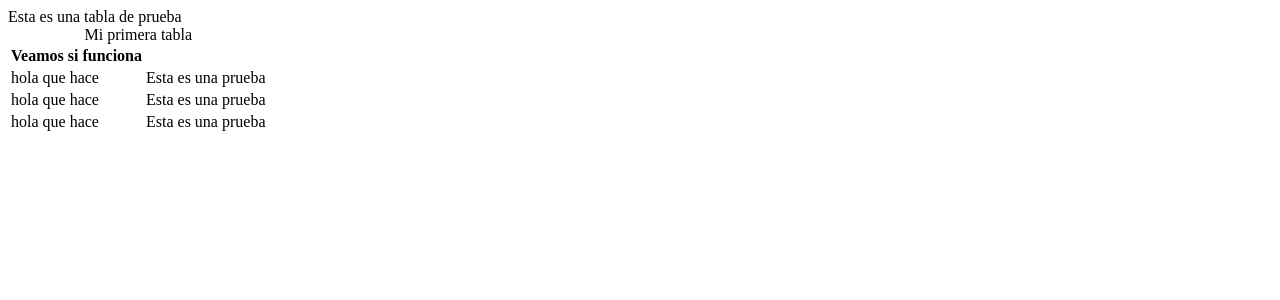
Repository: cesarsant0203/My_Study
Page: Introducción al desarrollo web/tablas.html
An editor plug-in stored every save of this project. The page is shown before and after a run of saves, followed by the edit.
The browser window is 1280 px wide. The pictures show the whole page.

Above is the page before, as saved 2020-04-27 12:27:00.

After the next 4 saves:
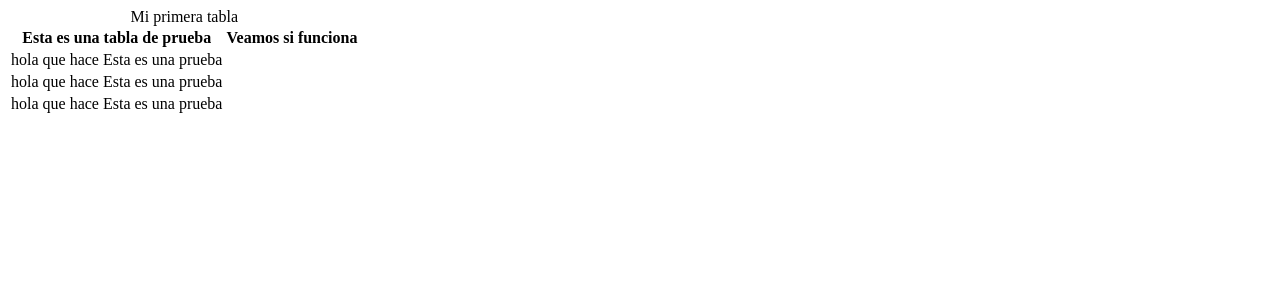
The 4 saves are shown as one change because they came seconds apart.
The last was saved 11 s later.
--- a/Introducción al desarrollo web/tablas.html
+++ b/Introducción al desarrollo web/tablas.html
@@ -12,8 +12,8 @@
         <caption>Mi primera tabla</caption>
         <thead>
             <tr>
-                <thcolspan="2">Esta es una tabla de prueba</th>
-                    <th>Veamos si funciona</th>
+                <th colspan="2">Esta es una tabla de prueba</th>
+                <th>Veamos si funciona</th>
             </tr>
         </thead>
         <tbody>
